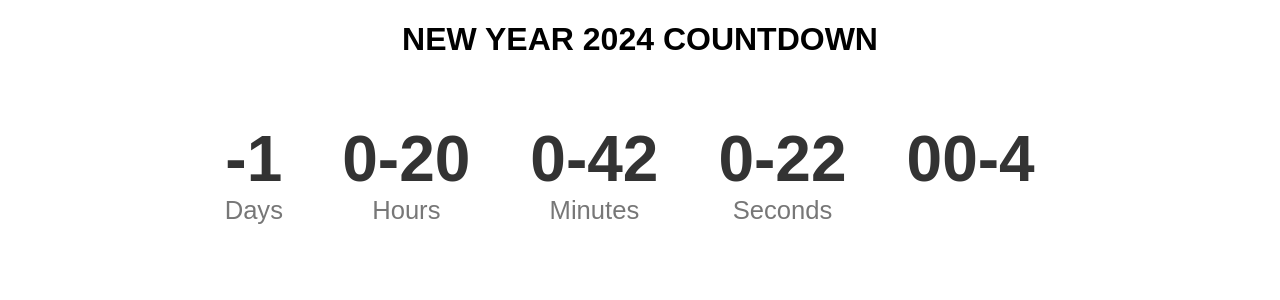
Repository: end888160/end888160.github.io
Page: countdown_legacy.html
The author's editor kept a copy of each file at every save. The page is drawn from the files as they stood at one save, then again after the next save.
The browser window is 1280 px wide. The pictures show the whole page.

Above is the page before, as saved 2024-09-22 11:51:40.
Console error: ReferenceError: countdown is not defined

### countdown_legacy.html
<!DOCTYPE html>
<html lang="en">
<head>
	<meta charset="UTF-8">
	<meta name="viewport" content="width=device-width, initial-scale=1.0">
	<meta name="description" content="Let's celebrate the New Year!">
	<title>Countdown</title>
	<style>
	.countdown {
		display: flex;
		justify-content: center;
		align-items: center;
		text-align: center;
		font-family: Arial, Helvetica, 'Gill Sans', 'Gill Sans MT', Calibri, 'Trebuchet MS', sans-serif;
		font-size: xx-large;
		margin-top: 5%;
		color: #333;
	}

	.countdown-item {
		margin: 0 10px;
		text-align: center;

	}

	.countdown-value {
		font-size: 2em;
		font-weight: bold;
		padding-left: 20px;
		padding-right: 20px;

	}

	.countdown-label {
		font-size: 0.8em;

		color: #777;
	}
	h1 {
		text-align: center;
		font-family: Arial, Helvetica, sans-serif;
		font-size: xx-large;

	}

	@media (prefers-color-scheme: light) {
		html {
			background-color: white;
			color: black;
		}
		h2 {
			color:white;
		}
	}
	@media (prefers-color-scheme: dark) {
		.countdown-item {
			color: #bbb
		}
		h2 {
			color:black;
		}
		html {
			background-color: black;
			color: white;
		}
	}
	@media only screen and (orientation: portrait) {
		.countdown {
			display: block;
		}
		.countdown-value {
			padding-top: 3px;

		}
		h1 {
			font-size: x-large;
		}
	}
	</style>
</head>
<body>
	<h1 id="header"></h1>
	<div class="countdown">
		<div class="countdown-item">
			<div class="countdown-value" id="days"></div>
			<div class="countdown-label">Days</div>
		</div>
		<div class="countdown-item">
			<div class="countdown-value" id="hours"></div>
			<div class="countdown-label">Hours</div>
		</div>
		<div class="countdown-item">
			<div class="countdown-value" id="minutes"></div>
			<div class="countdown-label">Minutes</div>
		</div>
		<div class="countdown-item">
			<div class="countdown-value" id="seconds"></div>
			<div class="countdown-label">Seconds</div>
		</div>
		<div class="countdown-item">
			<div class="countdown-value" id="mseconds"></div>
			<div class="countdown-label"><br></div>
		</div>
		<div class="countdown-item">
		</div>
	</div>

<script>

// Update the count down every 1 second]
if ( new Date().getMonth() + 1 === 1 )  {
    var IfMonth = true
} else {
	var IfMonth = "false"
}
if ( new Date().getDate() === 1 )  {
    var IfDate = true
} else {
	var IfMonth = "false"
}
if ( IfMonth === IfDate ) {
    var countDownTarget = new Date().getFullYear();
} else {
	var countDownTarget = new Date().getFullYear() + 1;
}


var x = setInterval(function countdown() {

	// Set the date we're counting down to
	var countDownDate = new Date("Jan 1, " + countDownTarget + " 00:00:00").getTime();


	// Get today's date and time
	var now = new Date().getTime();

	// Find the distance between now and the count down date
	var distance = countDownDate - now;

	// Time calculations for days, hours, minutes and seconds
	var days = Math.floor(distance / (1000 * 60 * 60 * 24));
	var hours = Math.floor((distance % (1000 * 60 * 60 * 24)) / (1000 * 60 * 60));
	var hour = hours < 10 ? "0" + hours : hours;
	var minutes = Math.floor((distance % (1000 * 60 * 60)) / (1000 * 60));
	var minute = minutes < 10 ? "0" + minutes : minutes;
	var seconds = Math.floor((distance % (1000 * 60)) / 1000);
	var second = seconds < 10 ? "0" + seconds : seconds;
	var mseconds = Math.floor(distance % 1000);
	var msecond = mseconds < 10 ? "0" + "0" + mseconds : mseconds < 100 ? "0" + mseconds : mseconds;

	// Display the result in the element with id="countdown"
	document.getElementById("days").innerHTML = days;
	document.getElementById("hours").innerHTML = hour;
	document.getElementById("minutes").innerHTML = minute;
	document.getElementById("seconds").innerHTML = second;
	document.getElementById("mseconds").innerHTML = msecond;
	document.getElementById("header").innerHTML = "NEW YEAR " + countDownTarget + " COUNTDOWN"


	// If the count down is finished, write some text
	if (distance < 0) {
		clearInterval(x);
		document.getElementById("countdown").innerHTML = "HAPPY NEW YEAR!";
	}
	setTimeout(countdown, 1);
}, 0);
document.title = "Countdown to " + countDownTarget;
countdown()
</script>
</body>
</html>

After the next save:
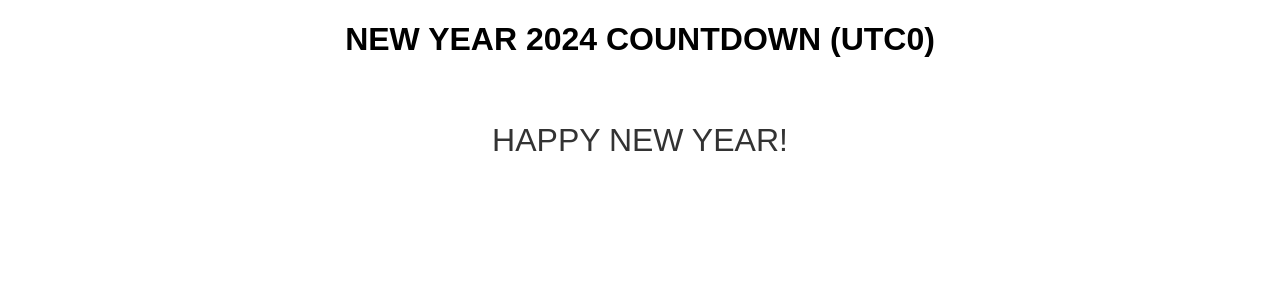
Console error: TypeError: countdown is not a function
Saved 19 min 13 s later.
--- a/countdown_legacy.html
+++ b/countdown_legacy.html
@@ -6,20 +6,25 @@
 	<meta name="description" content="Let's celebrate the New Year!">
 	<title>Countdown</title>
 	<style>
-	.countdown {
+	#countdown {
 		display: flex;
 		justify-content: center;
-		align-items: center;
-		text-align: center;
 		font-family: Arial, Helvetica, 'Gill Sans', 'Gill Sans MT', Calibri, 'Trebuchet MS', sans-serif;
 		font-size: xx-large;
 		margin-top: 5%;
 		color: #333;
+		border-color: white;
+
+
+	}
+	.counttdown-table {
+		display: table;
 	}
 
 	.countdown-item {
 		margin: 0 10px;
 		text-align: center;
+		display: table-cell;
 
 	}
 
@@ -33,12 +38,12 @@
 
 	.countdown-label {
 		font-size: 0.8em;
-
+		text-align: center;
 		color: #777;
 	}
 	h1 {
 		text-align: center;
-		font-family: Arial, Helvetica, sans-serif;
+		font-family: Arial, Helvetica, 'Gill Sans', 'Gill Sans MT', Calibri, 'Trebuchet MS', sans-serif;
 		font-size: xx-large;
 
 	}
@@ -66,10 +71,19 @@
 	}
 	@media only screen and (orientation: portrait) {
 		.countdown {
-			display: block;
+			display: table-row-group;
+		}
+		.countdown-item {
+			display: table-row;
+		}
+		.countdown-label {
+			display: table-cell;
+			text-align: left;
 		}
 		.countdown-value {
-			padding-top: 3px;
+			display: table-cell;
+			padding-top: 15px;
+			text-align: right;
 
 		}
 		h1 {
@@ -78,32 +92,38 @@
 	}
 	</style>
 </head>
+
 <body>
-	<h1 id="header"></h1>
-	<div class="countdown">
-		<div class="countdown-item">
-			<div class="countdown-value" id="days"></div>
-			<div class="countdown-label">Days</div>
-		</div>
-		<div class="countdown-item">
-			<div class="countdown-value" id="hours"></div>
-			<div class="countdown-label">Hours</div>
-		</div>
-		<div class="countdown-item">
-			<div class="countdown-value" id="minutes"></div>
-			<div class="countdown-label">Minutes</div>
-		</div>
-		<div class="countdown-item">
-			<div class="countdown-value" id="seconds"></div>
-			<div class="countdown-label">Seconds</div>
-		</div>
-		<div class="countdown-item">
-			<div class="countdown-value" id="mseconds"></div>
-			<div class="countdown-label"><br></div>
-		</div>
-		<div class="countdown-item">
-		</div>
-	</div>
+	<h1 id="header">NEW YEAR COUNTDOWN</h1>
+
+<div id="countdown">
+	<div id="countdown-table">
+	<div class="countdown-item">
+		<div class="countdown-value"><span id="days"></span></div>
+		<div class="countdown-label">Days</div>
+	</div>
+
+	<div class="countdown-item">
+		<div class="countdown-value"><span id="hours"></span></div>
+		<div class="countdown-label">Hours</div>
+	</div>
+
+	<div class="countdown-item">
+		<div class="countdown-value"><span id="minutes"></span></div>
+		<div class="countdown-label">Minutes</div>
+	</div>
+
+	<div class="countdown-item">
+		<div class="countdown-value"><span id="seconds"></span></div>
+		<div class="countdown-label">Seconds</div>
+	</div>
+
+	<div class="countdown-item">
+		<div class="countdown-value"><span id="mseconds"></span></div>
+		<div class="countdown-label"><br></div>
+	</div>
+</div>
+</div>
 
 <script>
 
@@ -129,7 +149,20 @@ var x = setInterval(function countdown() {
 
 	// Set the date we're counting down to
 	var countDownDate = new Date("Jan 1, " + countDownTarget + " 00:00:00").getTime();
-
+	var offsetTimeZone = new Date().getTimezoneOffset();
+
+	if (offsetTimeZone > 0){
+    var offsetTimeZonem = offsetTimeZone - (Math.floor(offsetTimeZone / 60) * 60);
+    } else if (offsetTimeZone < 0){
+      var offsetTimeZonem = offsetTimeZone - (Math.ceil(offsetTimeZone / 60) * 60);
+    }
+
+    offsetTimeZone = (offsetTimeZone / 60) * (-1);
+    if (offsetTimeZone > 0){
+       var offsetTimeZone = "+" + offsetTimeZone;
+    } else if (offsetTimeZonem < 10){
+       var offsetTimeZonem = "0" + offsetTimeZonem;
+	}
 
 	// Get today's date and time
 	var now = new Date().getTime();
@@ -154,7 +187,7 @@ var x = setInterval(function countdown() {
 	document.getElementById("minutes").innerHTML = minute;
 	document.getElementById("seconds").innerHTML = second;
 	document.getElementById("mseconds").innerHTML = msecond;
-	document.getElementById("header").innerHTML = "NEW YEAR " + countDownTarget + " COUNTDOWN"
+	document.getElementById("header").innerHTML = "NEW YEAR " + countDownTarget + " COUNTDOWN (UTC" + offsetTimeZone + ")";
 
 
 	// If the count down is finished, write some text

After the 2 saves that followed:
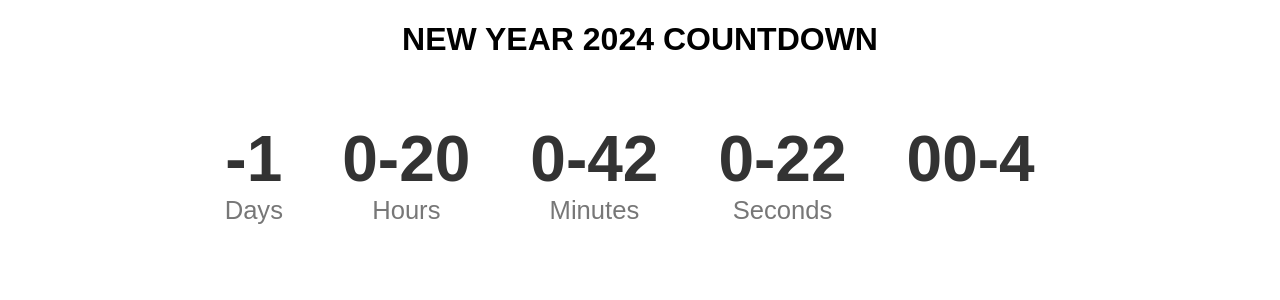
Console error: ReferenceError: countdown is not defined
The 2 saves are shown as one change because 1 left the picture as it was.
The last was saved 6 min 58 s later.
--- a/countdown_legacy.html
+++ b/countdown_legacy.html
@@ -6,25 +6,20 @@
 	<meta name="description" content="Let's celebrate the New Year!">
 	<title>Countdown</title>
 	<style>
-	#countdown {
+	.countdown {
 		display: flex;
 		justify-content: center;
+		align-items: center;
+		text-align: center;
 		font-family: Arial, Helvetica, 'Gill Sans', 'Gill Sans MT', Calibri, 'Trebuchet MS', sans-serif;
 		font-size: xx-large;
 		margin-top: 5%;
 		color: #333;
-		border-color: white;
-
-
-	}
-	.counttdown-table {
-		display: table;
 	}
 
 	.countdown-item {
 		margin: 0 10px;
 		text-align: center;
-		display: table-cell;
 
 	}
 
@@ -38,12 +33,12 @@
 
 	.countdown-label {
 		font-size: 0.8em;
-		text-align: center;
+
 		color: #777;
 	}
 	h1 {
 		text-align: center;
-		font-family: Arial, Helvetica, 'Gill Sans', 'Gill Sans MT', Calibri, 'Trebuchet MS', sans-serif;
+		font-family: Arial, Helvetica, sans-serif;
 		font-size: xx-large;
 
 	}
@@ -71,19 +66,10 @@
 	}
 	@media only screen and (orientation: portrait) {
 		.countdown {
-			display: table-row-group;
-		}
-		.countdown-item {
-			display: table-row;
-		}
-		.countdown-label {
-			display: table-cell;
-			text-align: left;
+			display: block;
 		}
 		.countdown-value {
-			display: table-cell;
-			padding-top: 15px;
-			text-align: right;
+			padding-top: 3px;
 
 		}
 		h1 {
@@ -92,38 +78,32 @@
 	}
 	</style>
 </head>
-
 <body>
-	<h1 id="header">NEW YEAR COUNTDOWN</h1>
-
-<div id="countdown">
-	<div id="countdown-table">
-	<div class="countdown-item">
-		<div class="countdown-value"><span id="days"></span></div>
-		<div class="countdown-label">Days</div>
+	<h1 id="header"></h1>
+	<div class="countdown">
+		<div class="countdown-item">
+			<div class="countdown-value" id="days"></div>
+			<div class="countdown-label">Days</div>
+		</div>
+		<div class="countdown-item">
+			<div class="countdown-value" id="hours"></div>
+			<div class="countdown-label">Hours</div>
+		</div>
+		<div class="countdown-item">
+			<div class="countdown-value" id="minutes"></div>
+			<div class="countdown-label">Minutes</div>
+		</div>
+		<div class="countdown-item">
+			<div class="countdown-value" id="seconds"></div>
+			<div class="countdown-label">Seconds</div>
+		</div>
+		<div class="countdown-item">
+			<div class="countdown-value" id="mseconds"></div>
+			<div class="countdown-label"><br></div>
+		</div>
+		<div class="countdown-item">
+		</div>
 	</div>
-
-	<div class="countdown-item">
-		<div class="countdown-value"><span id="hours"></span></div>
-		<div class="countdown-label">Hours</div>
-	</div>
-
-	<div class="countdown-item">
-		<div class="countdown-value"><span id="minutes"></span></div>
-		<div class="countdown-label">Minutes</div>
-	</div>
-
-	<div class="countdown-item">
-		<div class="countdown-value"><span id="seconds"></span></div>
-		<div class="countdown-label">Seconds</div>
-	</div>
-
-	<div class="countdown-item">
-		<div class="countdown-value"><span id="mseconds"></span></div>
-		<div class="countdown-label"><br></div>
-	</div>
-</div>
-</div>
 
 <script>
 
@@ -149,20 +129,7 @@ var x = setInterval(function countdown() {
 
 	// Set the date we're counting down to
 	var countDownDate = new Date("Jan 1, " + countDownTarget + " 00:00:00").getTime();
-	var offsetTimeZone = new Date().getTimezoneOffset();
 
-	if (offsetTimeZone > 0){
-    var offsetTimeZonem = offsetTimeZone - (Math.floor(offsetTimeZone / 60) * 60);
-    } else if (offsetTimeZone < 0){
-      var offsetTimeZonem = offsetTimeZone - (Math.ceil(offsetTimeZone / 60) * 60);
-    }
-
-    offsetTimeZone = (offsetTimeZone / 60) * (-1);
-    if (offsetTimeZone > 0){
-       var offsetTimeZone = "+" + offsetTimeZone;
-    } else if (offsetTimeZonem < 10){
-       var offsetTimeZonem = "0" + offsetTimeZonem;
-	}
 
 	// Get today's date and time
 	var now = new Date().getTime();
@@ -187,7 +154,7 @@ var x = setInterval(function countdown() {
 	document.getElementById("minutes").innerHTML = minute;
 	document.getElementById("seconds").innerHTML = second;
 	document.getElementById("mseconds").innerHTML = msecond;
-	document.getElementById("header").innerHTML = "NEW YEAR " + countDownTarget + " COUNTDOWN (UTC" + offsetTimeZone + ")";
+	document.getElementById("header").innerHTML = "NEW YEAR " + countDownTarget + " COUNTDOWN"
 
 
 	// If the count down is finished, write some text
